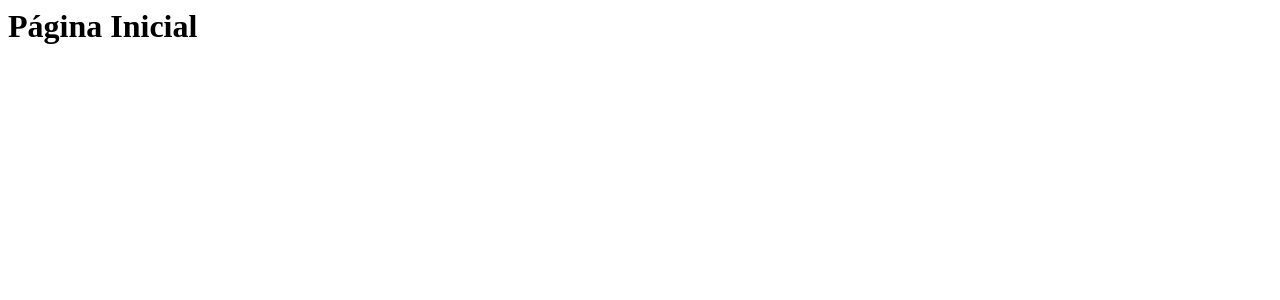
Repository: gfishdev/FIAP-Java-na-web
Page: fiap-java-na-web-aula-1/WebContent/index.html
An editor plug-in stored every save of this project. The page is shown before and after the next save, followed by the edit.
The browser window is 1280 px wide. The pictures show the whole page.

Above is the page before, as saved 2017-08-02 22:57:52.

After the next save:
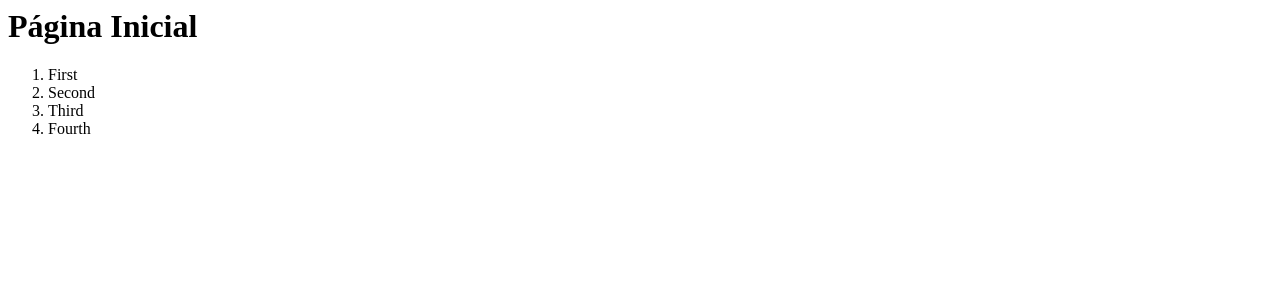
Saved 98 s later.
--- a/fiap-java-na-web-aula-1/WebContent/index.html
+++ b/fiap-java-na-web-aula-1/WebContent/index.html
@@ -4,5 +4,11 @@
 	</head>
 	<body>
 		<h1>Página Inicial</h1>
+		<ol>
+			<li>First</li>
+			<li>Second</li>
+			<li>Third</li>
+			<li>Fourth</li>
+		</ol>
 	</body>
 </html>
